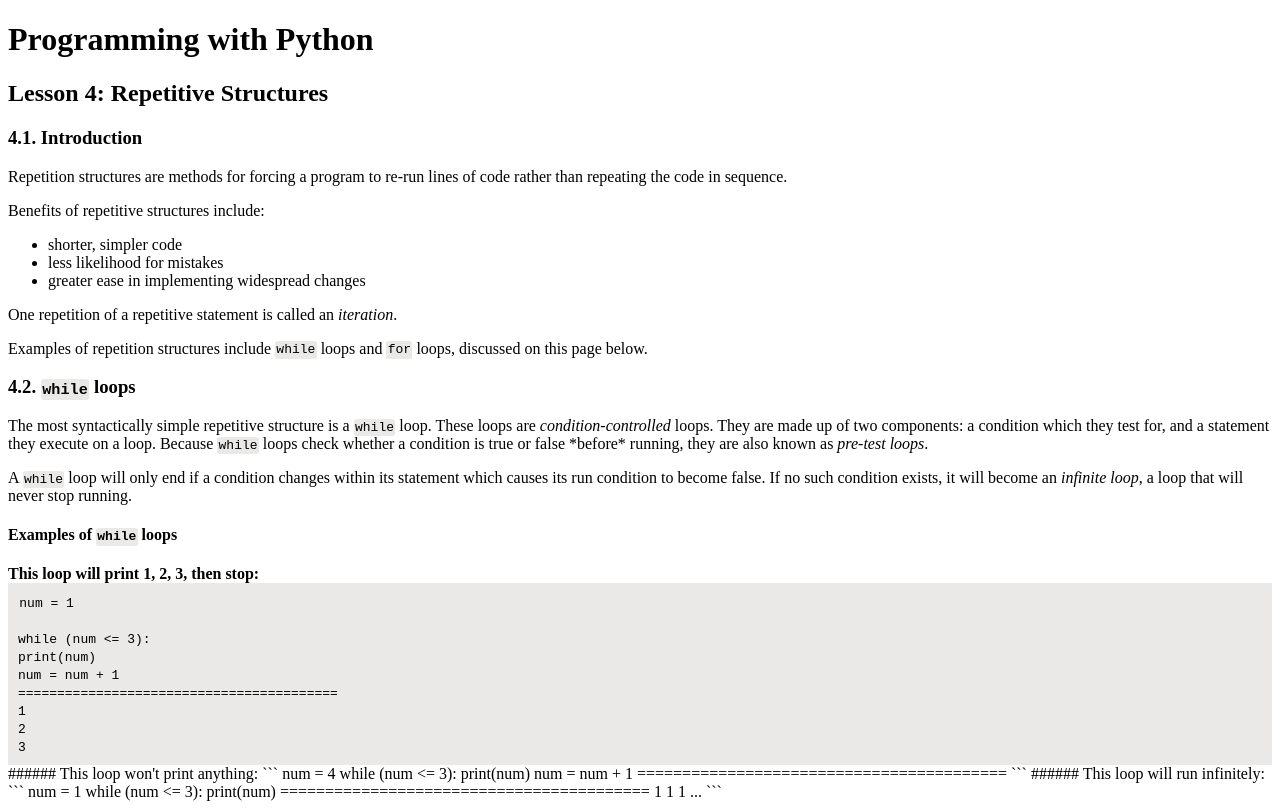
Repository: emnharris/FreeCodeCampChallenges
Page: responsive-web-design/technical-documentation-page/python-tutorial.html
The author's editor kept a copy of each file at every save. The page is drawn from the files as they stood at one save, then again after the next save.
The browser window is 1280 px wide. The pictures show the whole page.

Above is the page before, as saved 2020-04-16 15:29:17.

### responsive-web-design/technical-documentation-page/python-tutorial.html
<!DOCTYPE html>
<html>
    <head>
        <!--Import fonts-->

        <!--Import stylesheet-->
        <link rel="stylesheet" type="text/css" href="python-tutorial.css">
    </head>

    <body>
        <title>
            Programming with Python: Repetition Structures
        </title>
        <navbar>

        </navbar>
        <header>
            <h1>Programming with Python</h1>
            <h2>Lesson 4: Repetitive Structures</h2>
        </header>
        <main>
            <section id="intro">
                <h3>4.1. Introduction </h3>
                <p>Repetition structures are methods for forcing a program to re-run lines of code rather than repeating the code in sequence.</p>

                <p>Benefits of repetitive structures include:</p>
                <ul>
                    <li>shorter, simpler code</li>
                    <li>less likelihood for mistakes</li>
                    <li>greater ease in implementing widespread changes</li>
                </ul>

                <p>One repetition of a repetitive statement is called an <i>iteration</i>.</p>

                <p>Examples of repetition structures include <code>while</code> loops and <code>for</code> loops, discussed on this page below.</p>
            </section>
            <section id="4.2">
                <h3>4.2. <code>while</code> loops</h3>
                <p>The most syntactically simple repetitive structure is a <code>while</code> loop. These loops are <i>condition-controlled</i> loops. They are made up of two components: a condition which they test for, and a statement they execute on a loop. Because <code>while</code> loops check whether a condition is true or false *before* running, they are also known as <i>pre-test loops</i>.</p>

                <p>A <code>while</code> loop will only end if a condition changes within its statement which causes its run condition to become false. If no such condition exists, it will become an <i>infinite loop</i>, a loop that will never stop running.</p>

                <h4>Examples of <code>while</code> loops</h4>

                <b>This loop will print 1, 2, 3, then stop:</b>
                <div id="code-block">
                    <code>
                        num = 1
                        <br>
                        <br>while (num <= 3):
                        <br>print(num)
                        <br>num = num + 1
                        <br>=========================================
                        <br>1
                        <br>2
                        <br>3
                    </code>
                </div>

                ###### This loop won't print anything:
                ```
                num = 4

                while (num <= 3):
                print(num)
                num = num + 1
                =========================================
                ```

                ###### This loop will run infinitely:
                ```
                num = 1

                while (num <= 3):
                print(num)
                =========================================
                1
                1
                1
                ...
                ```
            </section>
        </main>
    </body>
</html>

### responsive-web-design/technical-documentation-page/python-tutorial.css
code {
    background-color: rgb(235, 232, 232);
    padding: .1em;
    border-radius: 10%;
}
#code-block {
    background-color: rgb(235, 232, 232);
    padding: 10px;
}

After the next save:
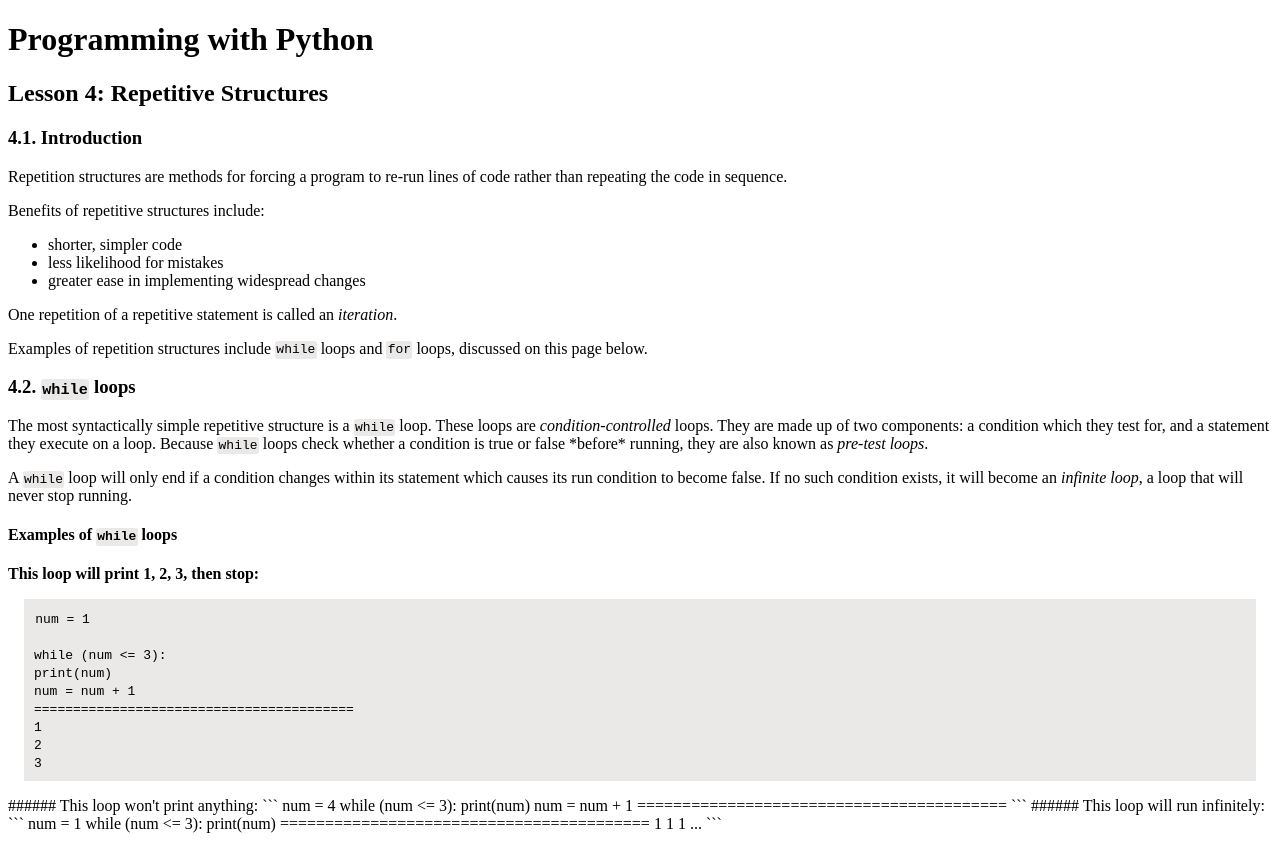
Saved 60 s later.
--- a/responsive-web-design/technical-documentation-page/python-tutorial.css
+++ b/responsive-web-design/technical-documentation-page/python-tutorial.css
@@ -6,4 +6,6 @@
 #code-block {
     background-color: rgb(235, 232, 232);
     padding: 10px;
+    width: auto;
+    margin: 1em;
 }
